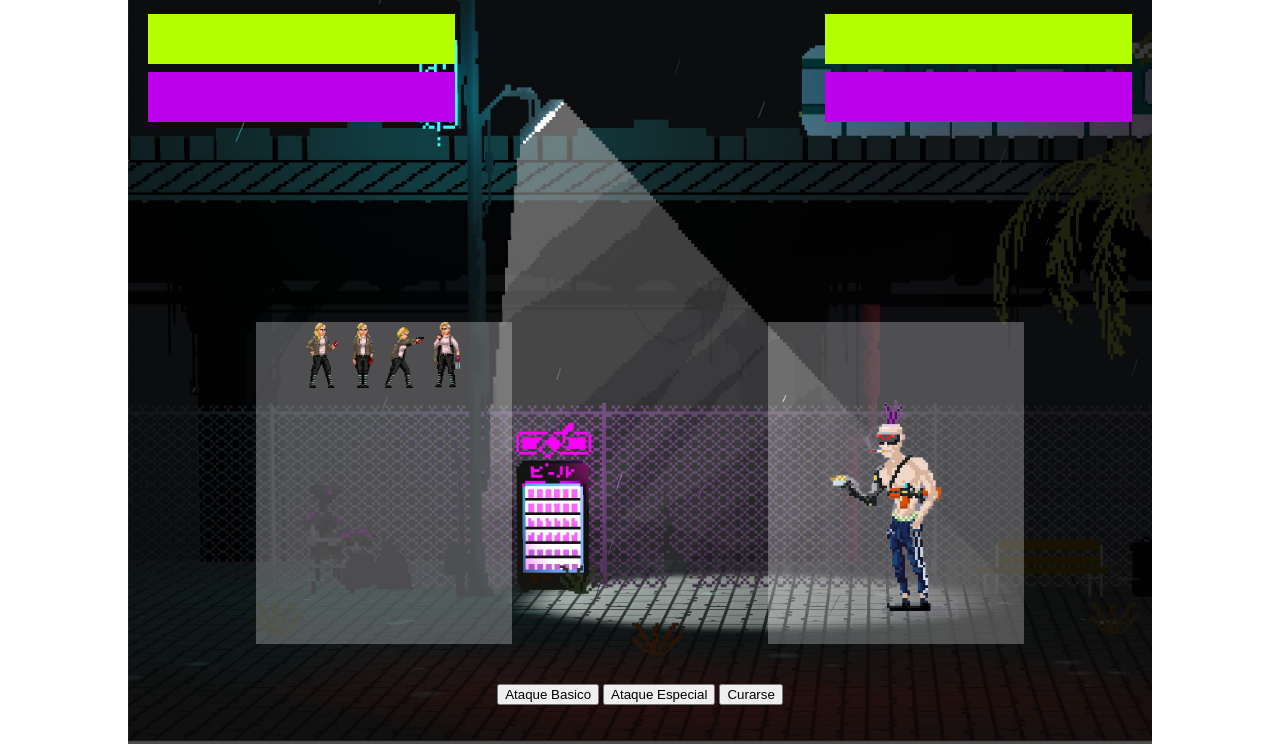
Repository: NovaDuel/novaduel-game
Page: index.html
The author's editor kept a copy of each file at every save. The page is drawn from the files as they stood at one save, then again after the next save.
The browser window is 1280 px wide. The pictures show the whole page.

Above is the page before, as saved 2024-03-25 16:05:47.

### index.html
<!DOCTYPE html>
<html lang="en">
<head>
    <meta charset="UTF-8">
    <meta name="viewport" content="width=device-width, initial-scale=1.0">
    <link rel="stylesheet" href="style.css">
    <script src="main.js" defer></script>
    <title>NovaDuel</title>
</head>
<body>
    <div id="main-container">
        <div id="status">
            <div class="bars-wrapper">
                <div id="health-player" class="health"></div>
                <div id="stamina-player" class="stamina"></div>
            </div>
            <div class="bars-wrapper">
                <div id="health-enemy" class="health"></div>
                <div id="stamina-enemy" class="stamina"></div>
            </div>
        </div>
        <div id="characters">
            <div id="player" class="pj"></div>
            <div id="enemy" class="pj"></div>
        </div>
        <div id="actions">
            <div id="buttons">
                <button id="basic-attack" class="btn">Ataque Basico</button>
                <button id="special-attack" class="btn">Ataque Especial</button>
                <button id="heal-action" class="btn">Curarse</button>
            </div>
        </div>
    </div>
</body>
</html>

### style.css
body {
    margin: 0;
    padding: 0;
    height: 100vh;
    display: flex;
    align-items: center;
    justify-content: center;
}

#main-container {
    width: 1024px;
    height: 768px;
    background-size: cover;
    background-image: url(./images/scenario.jpg);
}

#status {
    display: flex;
    justify-content: space-between;
    width: 100%;
    height: 27%;
}

.bars-wrapper {
    display: flex;
    flex-direction: column;
    justify-content: space-evenly;
    align-items: left;
    width: 30%;
    height: 60%;
    margin-top: 30px;
    padding: 0 20px;
}

.health {
    width: 100%;
    height: 40%;
    background-color: rgb(179, 255, 0);
}

.stamina {
    width: 100%;
    height: 40%;
    background-color: rgb(189, 0, 236)
}

#characters {
    display: flex;
    align-items: end;
    justify-content: space-around;
    width: 100%;
    height: 60%;
}

.pj {
    height: 70%;
    width: 25%;
    background-color: rgba(255, 255, 255, 0.274);
}

#player {
    background-position-x: 50px;
    background-size: 60%;
    background-repeat: no-repeat;
    background-image: url(./images/player.png)
}

#enemy {
    background-position-x: -50px;
    background-size: 150%;
    background-repeat: no-repeat;
    background-image: url(./images/enemy.png)
}

#actions {
    height: 13%;
    display: flex;
    align-items: center;
    justify-content: center;
}

### main.js
const selector = selector => document.querySelector(selector);
const selectAll = selector => document.querySelectorAll(selector);

function Player (health, stamina, strength) {
    this.health = health;
    this.stamina = stamina;
    this.strength = strength;
    this.attackPlayer = function() {
        return this.strength;
    },
    this.specialAttackPlayer = function() {
        if (this.stamina >= 10) {
            this.stamina -= 10;
            return this.strength + 10 * Math.round(Math.random() * 3);
        }
    },
    this.receiveDamage = function(damage) {
        this.health -= damage;
    }
    this.healing = function() {
        if (this.stamina >= 20) {
            this.stamina -= 20;
            this.health += 50;
        }
    }
}


function Enemy (health, stamina, strength) {
    this.health = health;
    this.stamina = stamina;
    this.strength = strength;
    this.attackEnemy = function() {
        return this.strength;
    },
    this.specialAttackEnemy = function() {
        if (this.stamina >= 10) {
            this.stamina -= 10;
            return this.strength + 10 * Math.round(Math.random() * 3);
        }
    },
    this.receiveDamage = function (damage) {
        this.health -= damage;
    },
    this.healing = function() {
        if (this.stamina >= 20) {
            this.stamina -= 20;
            this.health += 50;
        }
    }
}

function Game() {

}

let player = new Player(100, 100, 20);
let enemy = new Enemy(100, 100, 18);

function actionsEnemy() {
    if (enemy.stamina >= 10) {
        if (enemy.health === 100) {
            let randomAction = Math.floor(Math.random() * 2);
            switch(randomAction) {
                case 0:
                    let enemyStrength = enemy.attackEnemy();
                    player.receiveDamage(enemyStrength);
                    selector("#health-player").style.width = `${player.health}%`;
                    break;
                case 1:
                    let specialEnemyStrength = enemy.specialAttackEnemy();
                    player.receiveDamage(specialEnemyStrength);
                    selector("#health-player").style.width = `${player.health}%`;
                    selector("#stamina-enemy").style.width = `${enemy.stamina}%`;
                    break;
            }
        } else {
            let randomAction = Math.floor(Math.random() * 3);
            switch(randomAction) {
                case 0:
                    let enemyStrength = enemy.attackEnemy();
                    player.receiveDamage(enemyStrength);
                    selector("#health-player").style.width = `${player.health}%`;
                    break;
                case 1:
                    let specialEnemyStrength = enemy.specialAttackEnemy();
                    player.receiveDamage(specialEnemyStrength);
                    selector("#health-player").style.width = `${player.health}%`;
                    selector("#stamina-enemy").style.width = `${enemy.stamina}%`;
                    break;
                case 2:
                    enemy.healing();
                    selector("#stamina-enemy").style.width = `${enemy.stamina}%`;
                    break;
            }
        }

    } else {
        let enemyStrength = enemy.attackEnemy();
        player.receiveDamage(enemyStrength);
        selector("#health-player").style.width = `${player.health}%`;
    }
}

let buttons = selectAll(".btn");

selector('#basic-attack').addEventListener('click', function() {
    let playerStrength = player.attackPlayer();
    enemy.receiveDamage(playerStrength);
    buttons.forEach(button => {
        button.setAttribute("disabled", "")
    })
    selector("#health-enemy").style.width = `${enemy.health}%`;
    setTimeout(actionsEnemy, 500);
    setTimeout(function() {
        buttons.forEach(button => {
            button.removeAttribute("disabled", "")
        })
    }, 1000)
    stateHealth();
});
selector('#special-attack').addEventListener('click', function() {
    let playerStrength = player.specialAttackPlayer();
    enemy.receiveDamage(playerStrength);
    buttons.forEach(button => {
        button.setAttribute("disabled", "")
    })
    selector("#health-enemy").style.width = `${enemy.health}%`;
    selector("#stamina-player").style.width = `${player.stamina}%`;
    setTimeout(actionsEnemy, 500);
    setTimeout(function() {
        buttons.forEach(button => {
            button.removeAttribute("disabled", "")
        })
    }, 1000)
    stateHealth();
});
selector('#heal-action').addEventListener('click', function() {
    if (player.health >= 100 || player.stamina === 0) {
        alert("No puedes curarte ahora mismo")
    } else {
        player.healing();
        buttons.forEach(button => {
            button.setAttribute("disabled", "")
        })
        selector("#stamina-player").style.width = `${player.stamina}%`;
        setTimeout(actionsEnemy, 500);
        setTimeout(function() {
            buttons.forEach(button => {
                button.removeAttribute("disabled", "")
            })
        }, 1000)
        stateHealth();
    }
});


function stateHealth() {
    if(enemy.health === 0 || enemy.health < 0) {
        console.log('YOU WIN');
    }
    if (player.health === 0 || player.health < 0) {
        console.log('GAME OVER');
    }
}

After the next save:
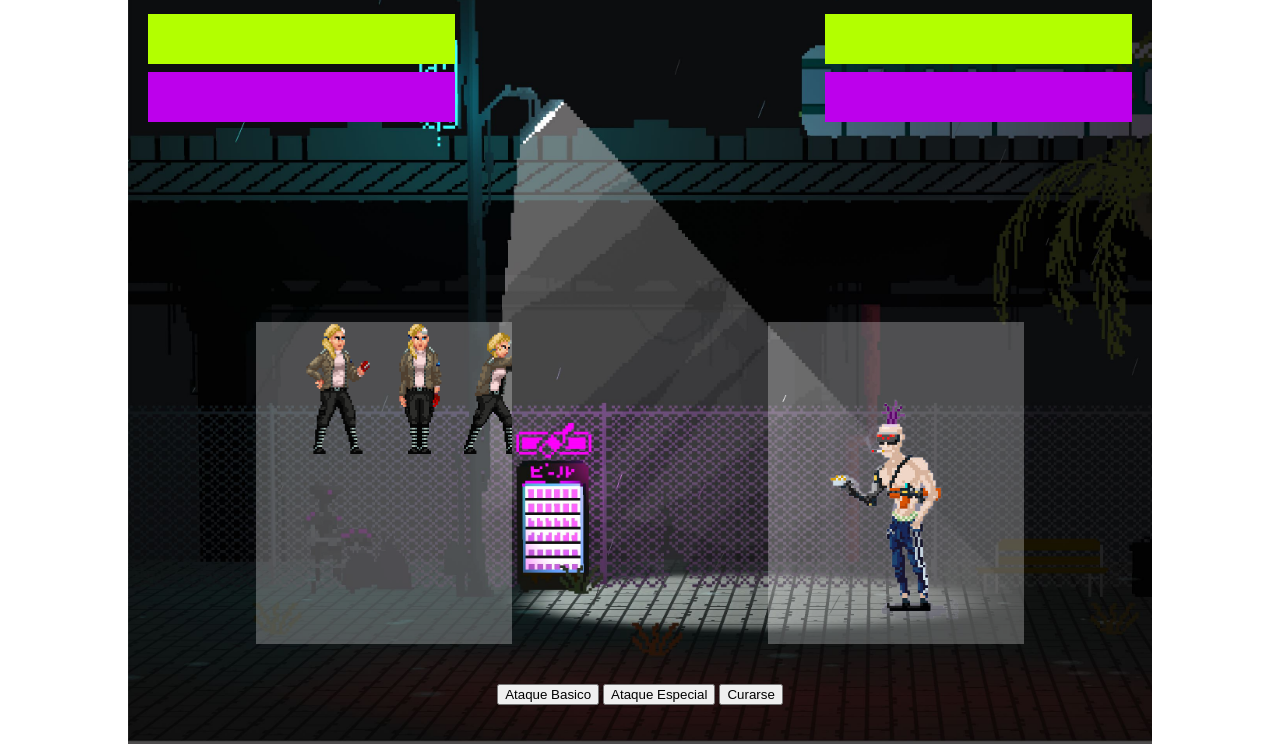
Saved 4 s later.
--- a/style.css
+++ b/style.css
@@ -60,7 +60,7 @@ body {
 
 #player {
     background-position-x: 50px;
-    background-size: 60%;
+    background-size: 120%;
     background-repeat: no-repeat;
     background-image: url(./images/player.png)
 }
